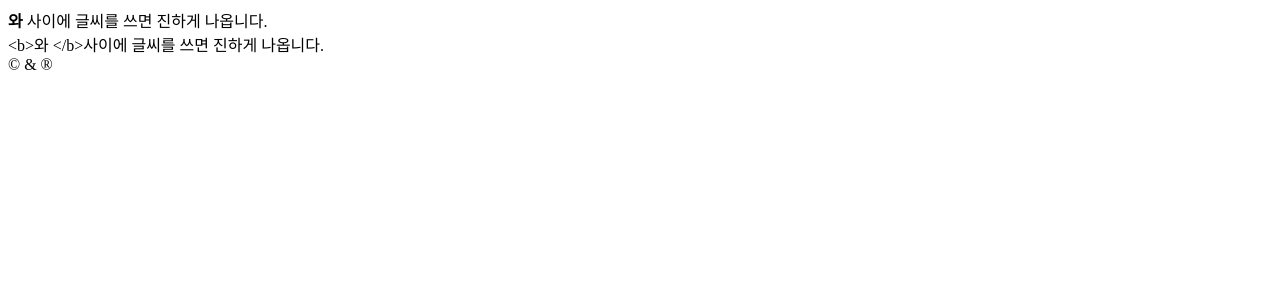
Repository: AkaKSR/Java_Convergence_New
Page: HTML0826/WebContent/Ex07.html
These files come from the project's save history. The page is drawn as it stood at one moment and after the next save; the edit follows.
The browser window is 1280 px wide. The pictures show the whole page.

Above is the page before, as saved 2019-08-26 07:55:14.

After the next save:
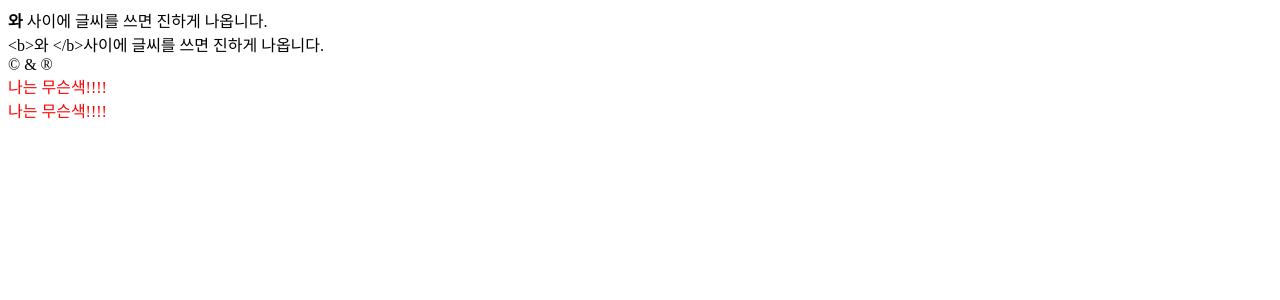
Saved 107 s later.
--- a/HTML0826/WebContent/Ex07.html
+++ b/HTML0826/WebContent/Ex07.html
@@ -7,6 +7,8 @@
 <body>
 	<b>와 </b>사이에 글씨를 쓰면 진하게 나옵니다.<br>
 	&lt;b&gt;와 &lt;/b&gt;사이에 글씨를 쓰면 진하게 나옵니다.<br>
-	&copy; &amp; &reg;
+	&copy; &amp; &reg;<br>
+	<div style="color: red;">나는 무슨색!!!!</div>
+	<div style="color: #FF0000;">나는 무슨색!!!!</div>
 </body>
 </html>
